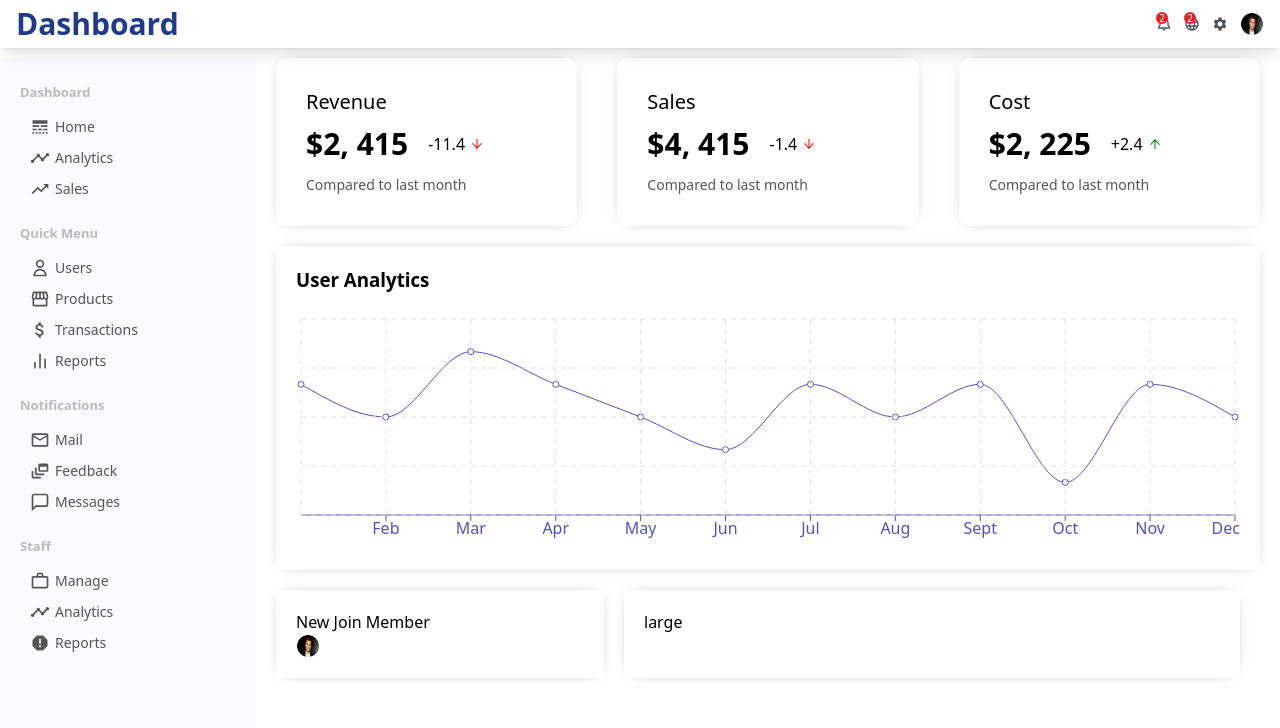
Repository: nation430/React-AdminDashboard
Page: /
An editor plug-in stored every save of this project. The page is shown before and after the next save, followed by the edit.
The browser window is 1280 px wide. The pictures show the whole page.
The project was rebuilt for these pictures with package versions that can differ from the ones it lists, and the page was loaded fresh each time.

Above is the page before, as saved 2022-08-22 11:04:59.

After the next save:
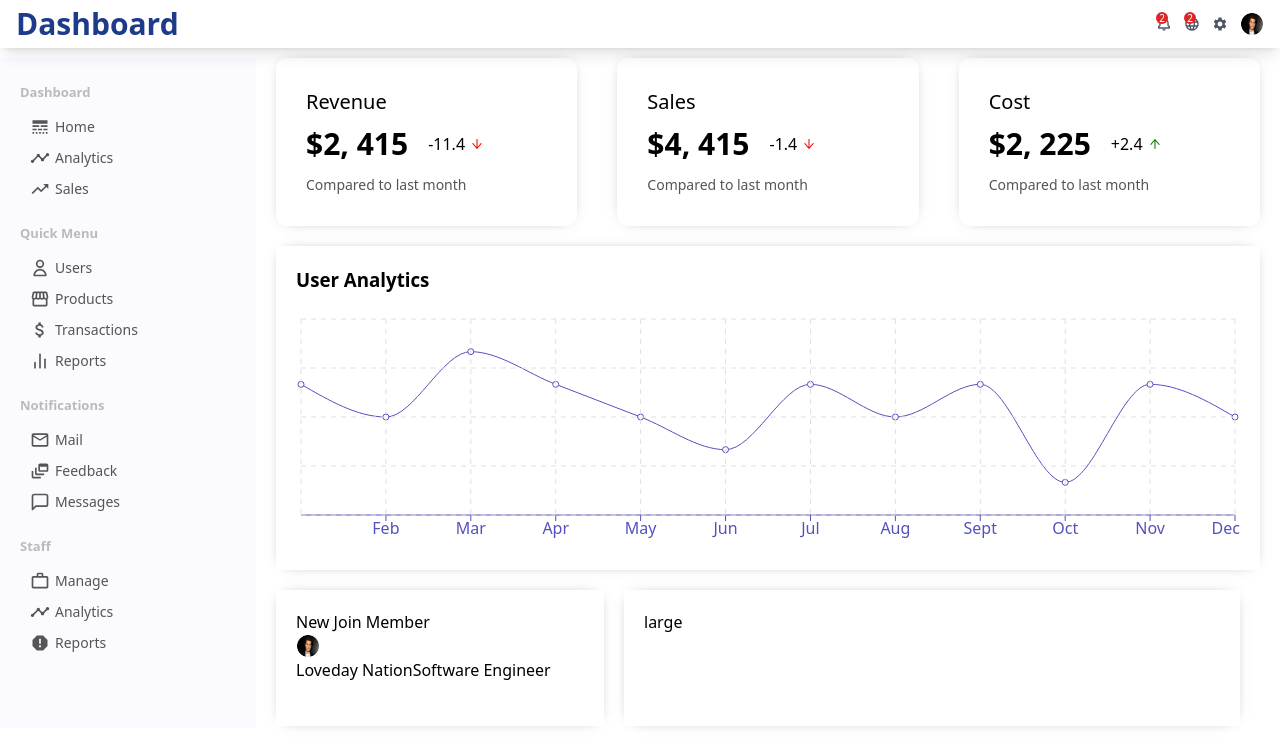
Saved 8 min 2 s later.
--- a/src/widgetSm/WidgetSm.jsx
+++ b/src/widgetSm/WidgetSm.jsx
@@ -7,6 +7,13 @@ export default function widgetSm(){
             <ul className="widgetSmList">
                 <li className="widgetSmListItem">
                 <img src="images/img.png" alt="BigCo Inc. logo"  className="topAvater w-6 h-6 rounded-full cursor-pointer ..."/>
+                <div className="widegetSmUser">
+                <span className="widgetSmUsername">Loveday Nation</span>
+                 <span className="widgetSmUserTitle">Software Engineer</span>
+                </div>
+                <button className="widgetSmButton">
+
+                </button>
                 </li>
             </ul>
         </div>
